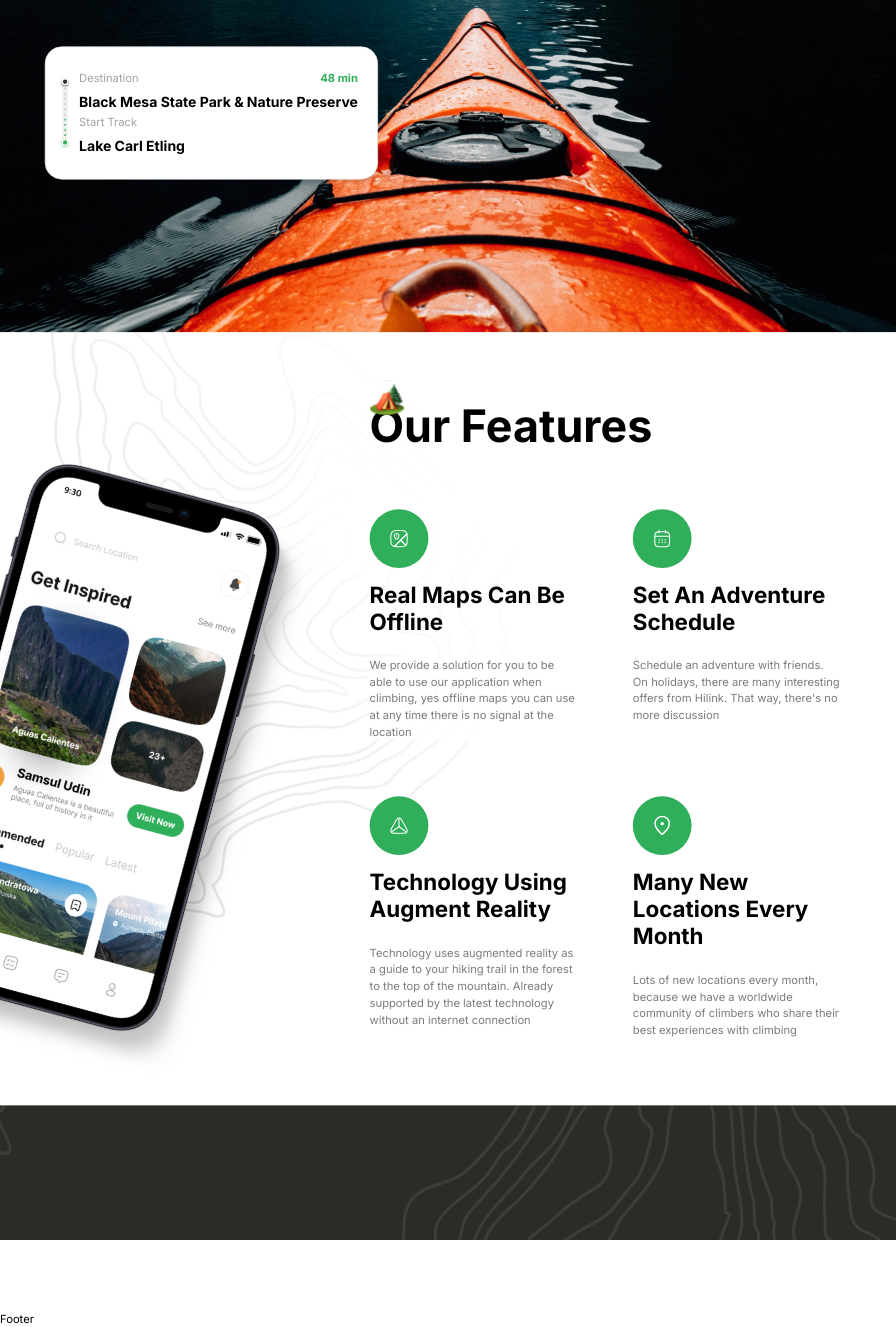
Repository: MikeeBuilds/camp
Page: /
An editor plug-in stored every save of this project. The page is shown before and after a run of saves, followed by the edit.
The browser window is 1280 px wide. The pictures show the part of the page from y = 2188 to 4108 px (the page is 4084 px tall before and 4108 px after), at 70% of full size.
The project was rebuilt for these pictures with package versions that can differ from the ones it lists, and the page was loaded fresh each time. The framework's server and built-in components were replaced by stand-ins that run in the browser. Also part of the build but not shown: next.config.js.

Above is the page before, as saved 2023-11-25 16:26:28.

After the next 3 saves:
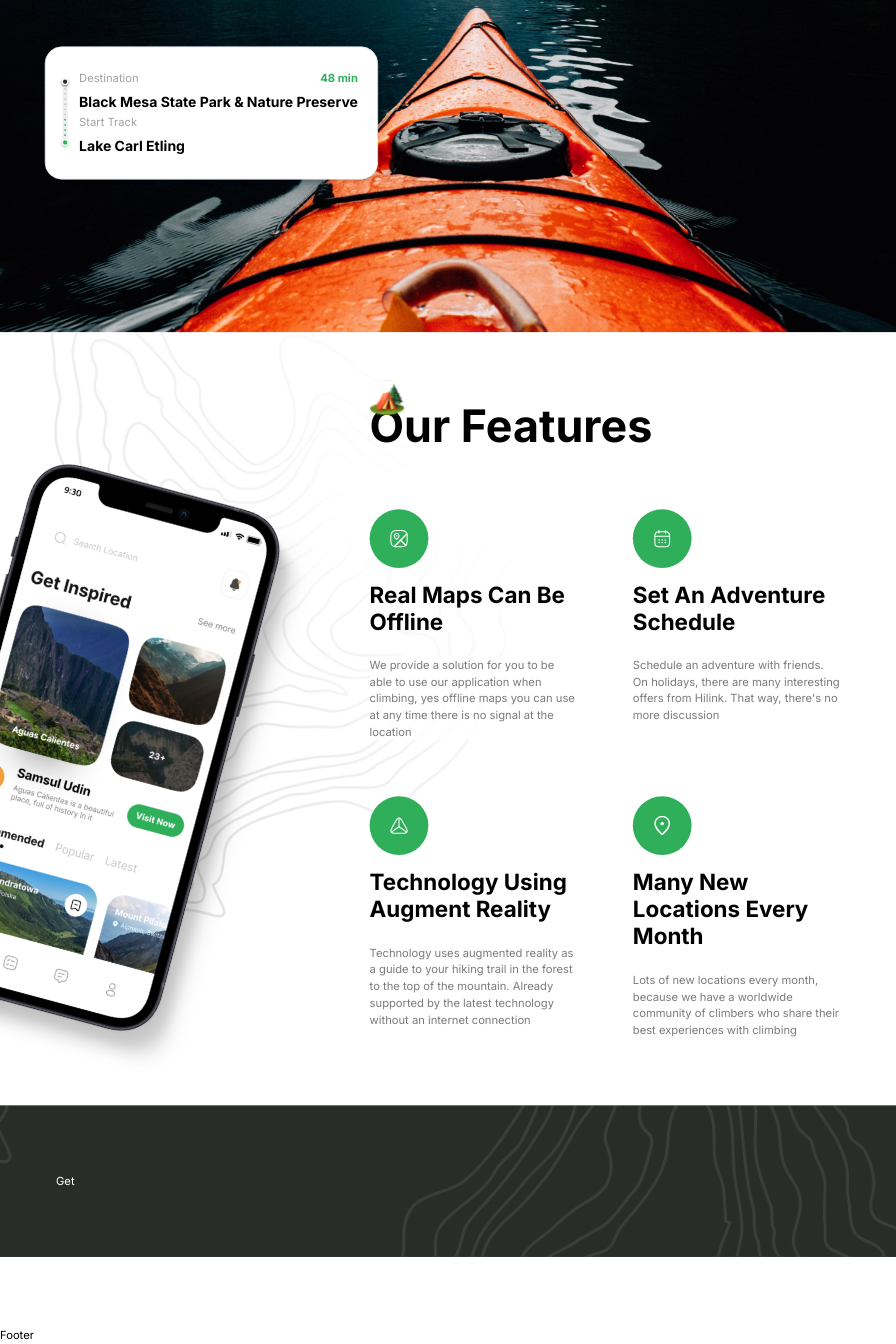
The 3 saves are shown as one change because they came seconds apart.
The last was saved 10 s later.
--- a/components/GetApp.tsx
+++ b/components/GetApp.tsx
@@ -5,7 +5,7 @@
     <section className='flexCenter w-full flex-col pb-[100px]'>
       <div className='get-app'>
         <div className='z-20 flex w-full flex-1 flex-col items-start justify-center gap-12'>
-
+          <h2>Get </h2>
         </div>
       </div>
     </section>
